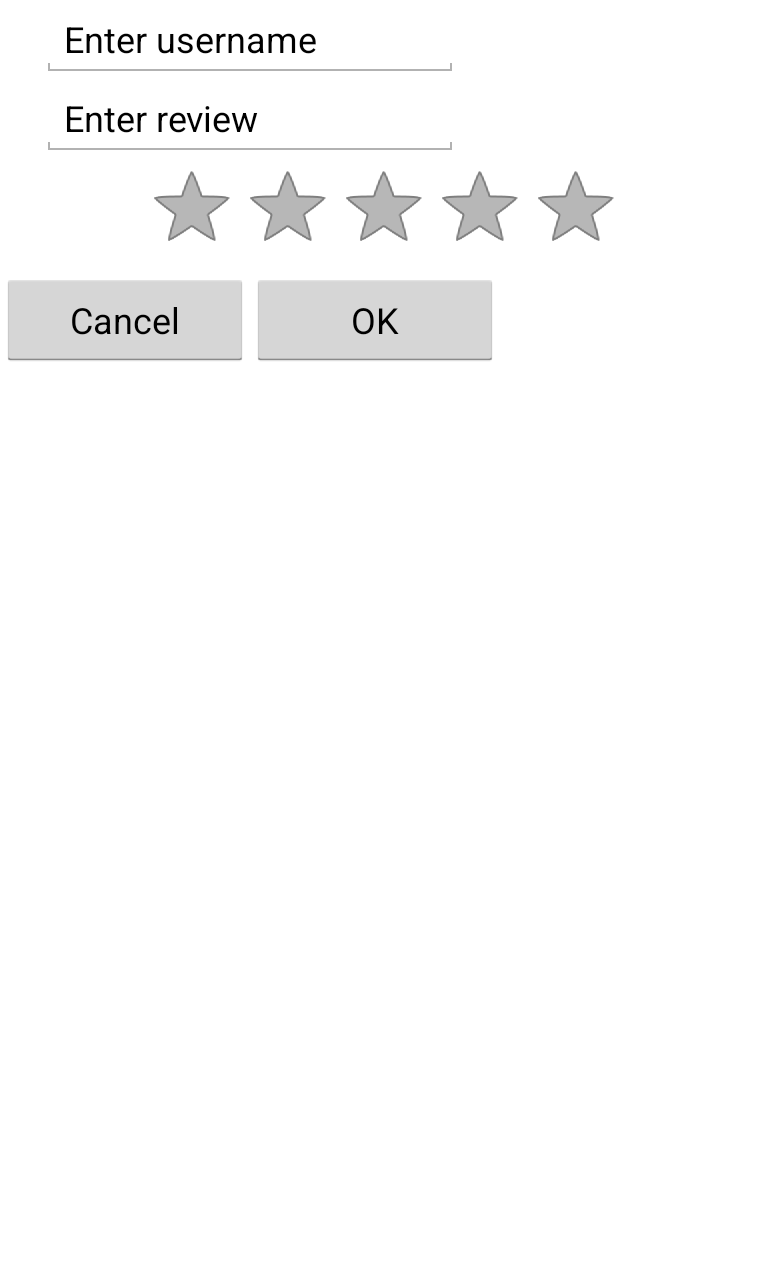
Repository: yash256/atnt
Layout: WNY Farm Fresh/res/layout/dialog.xml
The author's editor kept a copy of each file at every save. The layout is drawn from the files as they stood at one save, then again after the next save.
It is drawn on a 768 x 1280 px phone screen (xhdpi) without system bars, with theme AppTheme; the app's code is not run.

Above is the layout before, as saved 2014-11-10 21:58:37.

### WNY Farm Fresh/res/layout/dialog.xml
<?xml version="1.0" encoding="utf-8"?>
<GridLayout xmlns:android="http://schemas.android.com/apk/res/android"
    xmlns:tools="http://schemas.android.com/tools"
    android:layout_width="match_parent"
    android:layout_height="match_parent"
    android:columnCount="8"
    android:orientation="vertical"
    android:scrollbarAlwaysDrawVerticalTrack="true"
    android:scrollbars="vertical" >

    <EditText
        android:id="@+id/username"
        android:layout_columnSpan="6"
        android:layout_gravity="center_horizontal"
        android:ems="10"
        android:text="@string/username_edittext"
        android:inputType="textPersonName"
        android:layout_row="0">

    </EditText>
    <EditText
        android:id="@+id/review_text"
        android:layout_columnSpan="6"
        android:layout_gravity="center_horizontal"
        android:ems="10"
        android:text="@string/review_text_edittext"
        android:inputType="textMultiLine"
        android:layout_row="1">
    </EditText>

    <RatingBar
        android:id="@+id/userRating"
        android:layout_columnSpan="8"
        android:layout_gravity="center_horizontal"
        android:layout_row="2"
        />

    <Button
        android:id="@+id/cancel_review"
        android:layout_width="125dp"
        android:layout_column="1"
        android:layout_columnSpan="4"
        android:layout_gravity="fill_horizontal"
        android:layout_row="3"
        android:text="@string/cancel" />

    <Button
        android:id="@+id/ok_review"
        android:layout_width="125dp"
        android:layout_height="wrap_content"
        android:layout_column="5"
        android:layout_gravity="left|top"
        android:layout_row="3"
        android:text="@string/ok" />

</GridLayout>

### WNY Farm Fresh/res/values/strings.xml
<?xml version="1.0" encoding="utf-8"?>
<resources>

    <string name="app_name">Farmdroid</string>
    <string name="hello_world">Hello world!</string>
    <string name="action_settings">Settings</string>
    <string name="username">username</string>
    <string name="rating">Rating</string>
    <string name="review_text">review text</string>
    <string name="title_activity_main">MainActivity</string>
    <string name="top_items_header_text">Best known for</string>
    <string name="reviews_header">Reviews</string>
	<string name="username_edittext">Enter username</string>
	<string name="review_text_edittext">Enter review</string>
	<string name="add_review_btn">Add Review</string>
	<string name="cancel">Cancel</string>
	<string name="ok">OK</string>
</resources>

Loaded but not shown: WNY Farm Fresh/res/values/styles.xml (common file); WNY Farm Fresh/res/values-v11/styles.xml (common file); WNY Farm Fresh/res/values-v14/styles.xml (common file)

After the next save:
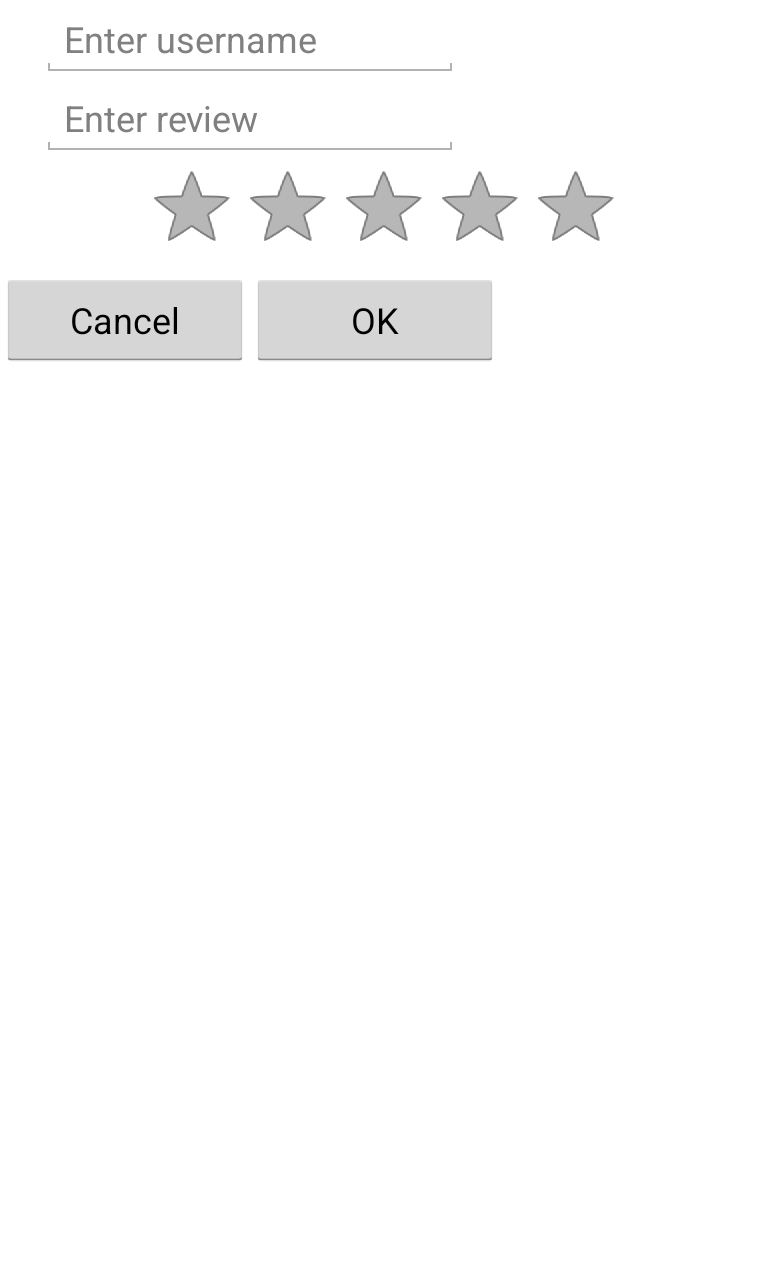
Saved 82 s later.
--- a/WNY Farm Fresh/res/layout/dialog.xml
+++ b/WNY Farm Fresh/res/layout/dialog.xml
@@ -13,7 +13,7 @@
         android:layout_columnSpan="6"
         android:layout_gravity="center_horizontal"
         android:ems="10"
-        android:text="@string/username_edittext"
+        android:hint="@string/username_edittext"
         android:inputType="textPersonName"
         android:layout_row="0">
 
@@ -23,7 +23,7 @@
         android:layout_columnSpan="6"
         android:layout_gravity="center_horizontal"
         android:ems="10"
-        android:text="@string/review_text_edittext"
+        android:hint="@string/review_text_edittext"
         android:inputType="textMultiLine"
         android:layout_row="1">
     </EditText>
